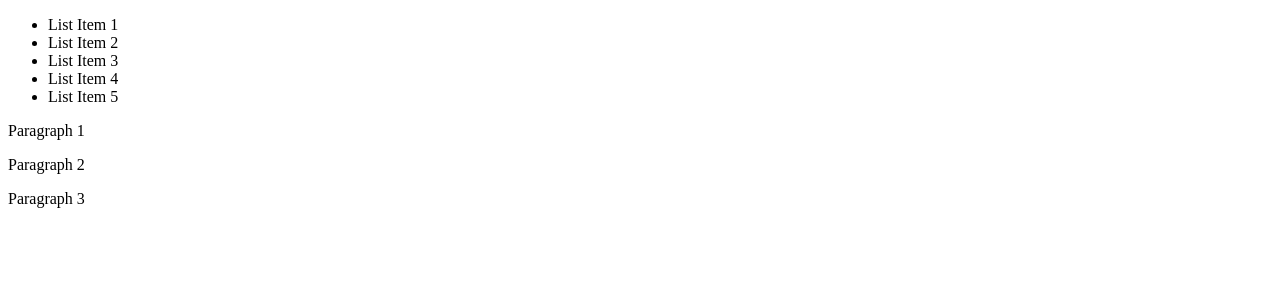
Repository: PankajSutharPersistent/vm-backup
Page: workspaceJavaScript/JSDemo/step-24.html
The author's editor kept a copy of each file at every save. The page is drawn from the files as they stood at one save, then again after the next save.
The browser window is 1280 px wide. The pictures show the whole page.

Above is the page before, as saved 2016-12-30 08:49:30.

After the next save:
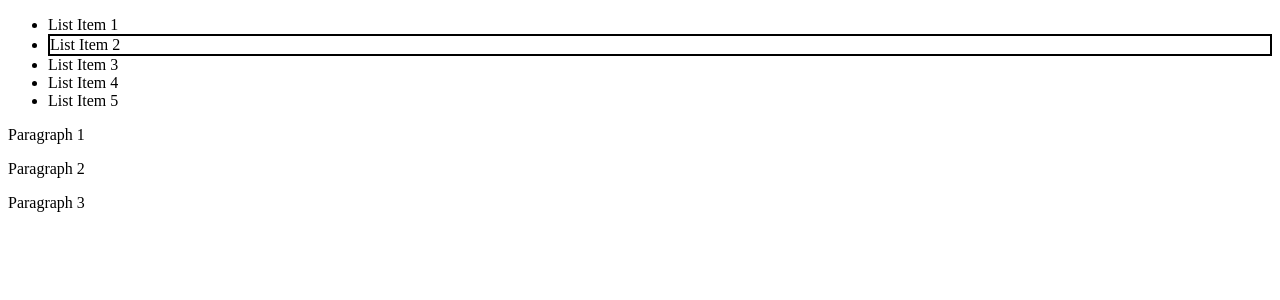
Saved 19 s later.
--- a/workspaceJavaScript/JSDemo/step-24.html
+++ b/workspaceJavaScript/JSDemo/step-24.html
@@ -17,7 +17,7 @@
                     //document.querySelectorAll("li")[1].style.border="2px solid red"
 
 					//document.querySelectorAll("li")[1].style.backgroundColor="red";
-					document.querySelectorAll("li")[1].setAttribute("style","border:'2px solid black'")
+					document.querySelectorAll("li")[1].setAttribute("style","border:2px solid black")
 
 
 		};

After the 2 saves that followed:
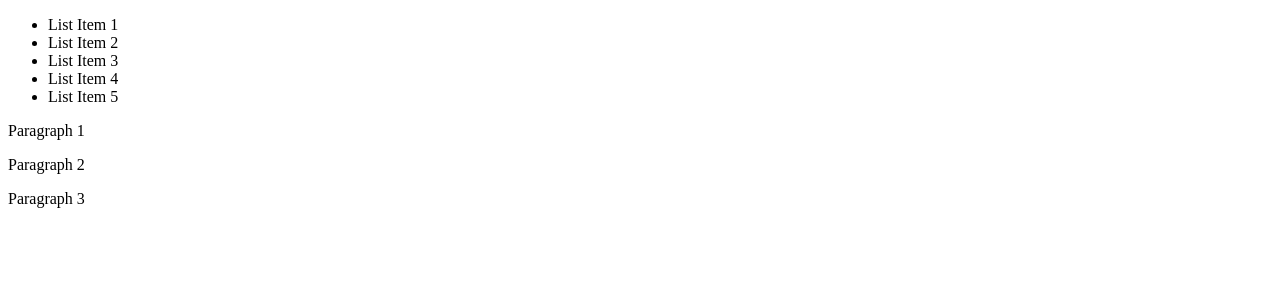
The 2 saves are shown as one change because 1 left the picture as it was.
The last was saved 44 s later.
--- a/workspaceJavaScript/JSDemo/step-24.html
+++ b/workspaceJavaScript/JSDemo/step-24.html
@@ -17,7 +17,8 @@
                     //document.querySelectorAll("li")[1].style.border="2px solid red"
 
 					//document.querySelectorAll("li")[1].style.backgroundColor="red";
-					document.querySelectorAll("li")[1].setAttribute("style","border:2px solid black")
+				//	document.querySelectorAll("li")[1].setAttribute("style","border:2px solid black")
+					document.querySelectorAll("li")[1].setAttribute("class","box");
 
 
 		};
